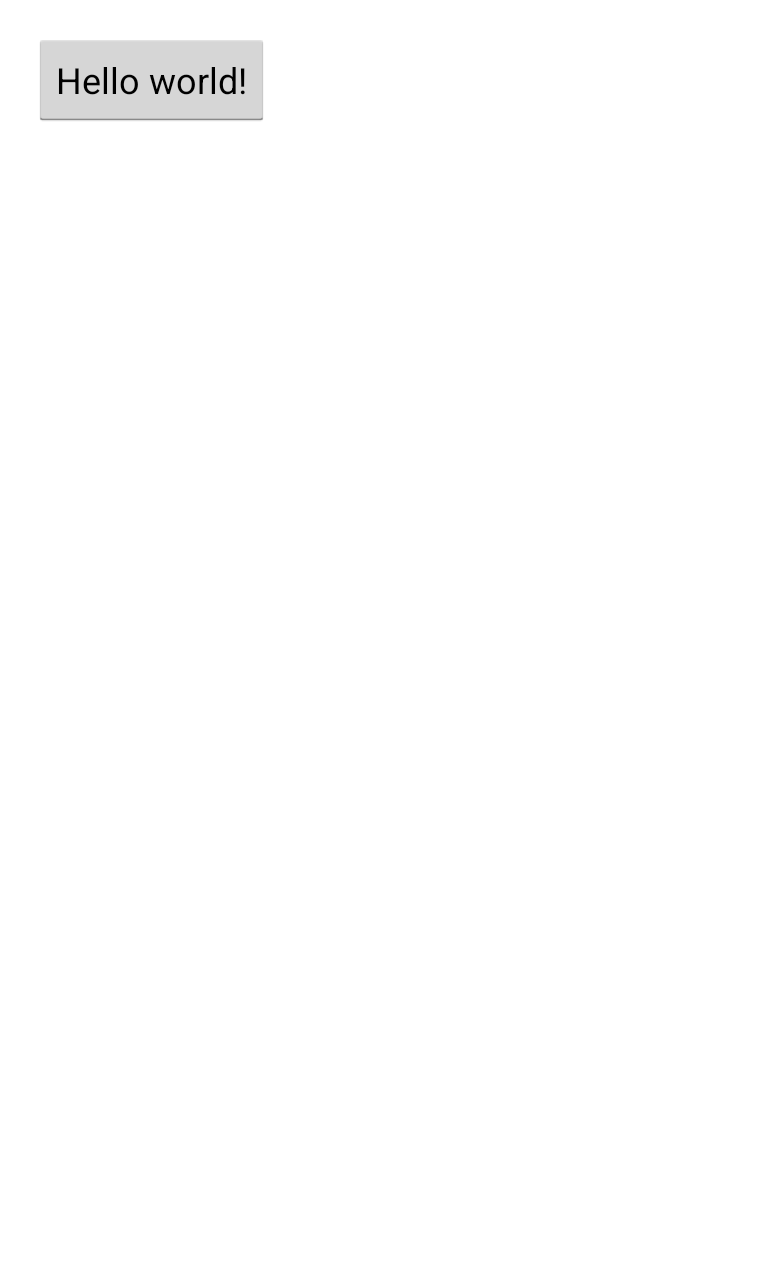
Repository: DongHuaLu/android
Layout: 35LoadImage/res/layout/activity_main.xml
An editor plug-in stored every save of this project. The layout is shown before and after the next save, followed by the edit.
It is drawn on a 768 x 1280 px phone screen (xhdpi) without system bars, with theme AppTheme; the app's code is not run.

Above is the layout before, as saved 2013-09-02 06:27:57.

After the next save:
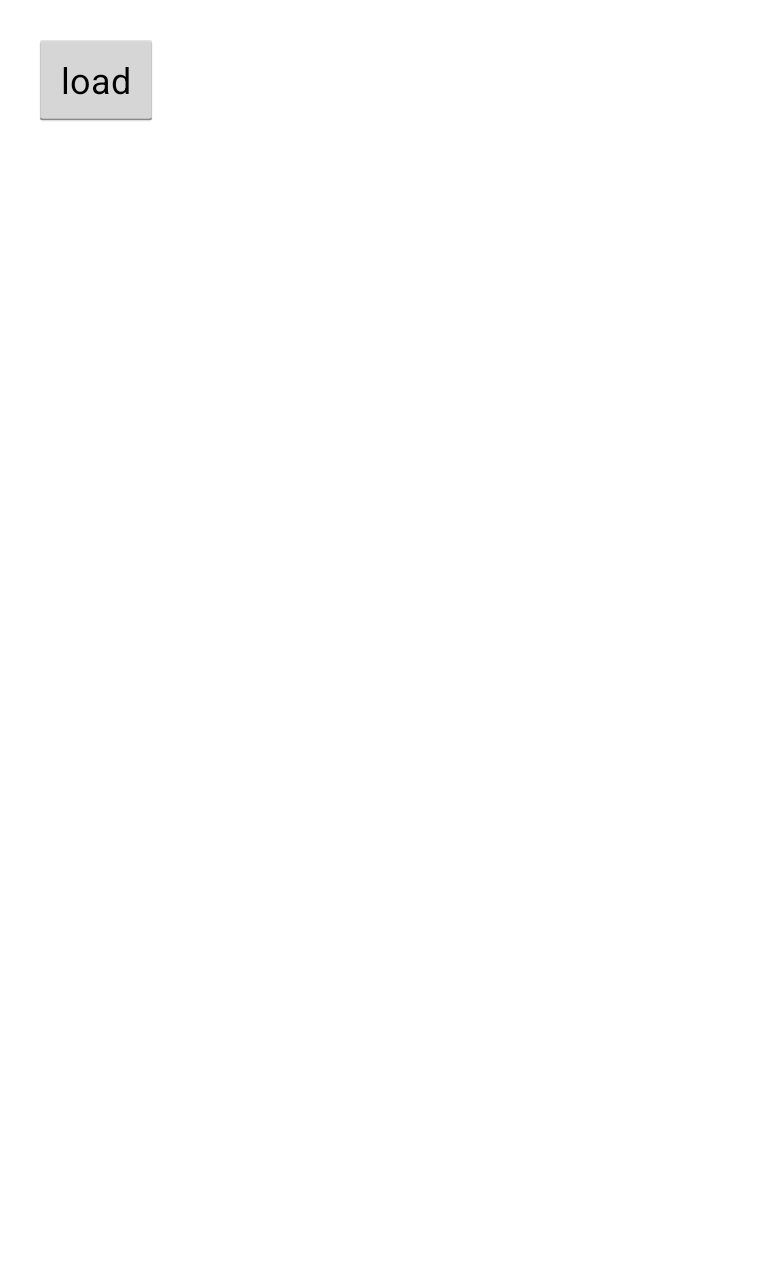
Saved 9 s later.
--- a/35LoadImage/res/layout/activity_main.xml
+++ b/35LoadImage/res/layout/activity_main.xml
@@ -9,8 +9,9 @@
     tools:context=".MainActivity" >
 
     <Button
+        android:onClick="load"
         android:layout_width="wrap_content"
         android:layout_height="wrap_content"
-        android:text="@string/hello_world" />
+        android:text="load" />
 
 </LinearLayout>
